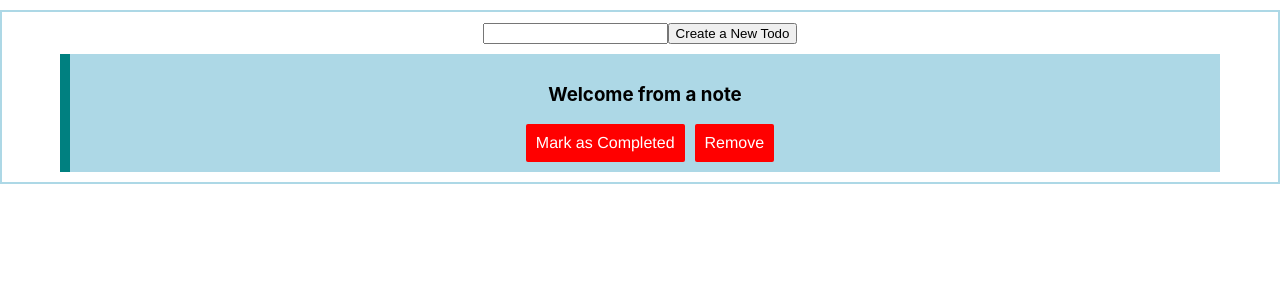
Repository: CaptainStorm21/react-ecosystem-course
Page: /
An editor plug-in stored every save of this project. The page is shown before and after the next save, followed by the edit.
The browser window is 1280 px wide. The pictures show the whole page.
The project was rebuilt for these pictures with package versions that can differ from the ones it lists, and the page was loaded fresh each time.

Above is the page before, as saved 2020-05-30 17:52:27.

### src/App.js
import React from 'react';
import './App.css';
import TodoList from './todos/TodoList'

function App() {
  return (
    <div className="App">
      <TodoList/>
    </div>
  );
}

export default App;

### src/todos/TodoList.js
import React from 'react';
import NewTodoForm from './NewTodoForm';
import TodoListItem from './TodoListItem';
import './TodoList.css';


const TodoList = ({ todos = [{ text: "Welcome from a note" }] }) => (
    <div className="list-wrapper">
        <NewTodoForm/>
        {todos.map(todo => <TodoListItem todo={todo} />)}
    </div>
)

export default TodoList;

### src/todos/NewTodoForm.js
import React, { useState } from 'react';
import './NewTodoForm.css';

const NewTodoForm = () => {
    const [inputValue, setInputValue] = useState(' ');
   return (
        <div className="new-todo-form">
           <input className="new-todo-input"
               type="text"
               value={inputValue}
               onChange = { e => setInputValue (e.target.value)}
           />
            <button className="newTodo">Create a New Todo</button>
        </div>
    );
};
export default NewTodoForm;

### src/todos/TodoListItem.js
import React from "react";

const TodoListItem = ({ todo }) => (
  <div className="todo-item-container">
    <h3>{todo.text}</h3>
    <div className="button -container">
      <button className="completed-button"> Mark as Completed</button>
      <button className="remove-button"> Remove</button>
    </div>
  </div>
);

export default TodoListItem;

### src/todos/TodoList.css
.list-wrapper{
    border: 2px solid lightblue;
    padding: 10px;
    margin-top: 10px;
}

### src/todos/NewTodoForm.css
.todo-item-container {
  width: 90%;
  margin: 0 auto;
  padding: 10px;
  border-left: 10px solid teal;
  background-color: lightblue;
  margin-top: 10px;
}

.remove-button {
  background-color: red;
  padding: 10px;
  border: 0;
  margin-left: 10px;
  font-size: medium;
  font-family: "Franklin Gothic Medium", "Arial Narrow", Arial, sans-serif;
  border-radius: 2px;
  color: white;
}

.completed-button{
  background-color: red;
  padding: 10px;
  border: 0;
  margin-left: 10px;
  font-size: medium;
  font-family: "Franklin Gothic Medium", "Arial Narrow", Arial, sans-serif;
  border-radius: 2px;
  color: white;
}

Loaded but not shown: public/index.html (common file); src/index.js (common file); src/index.css (common file); src/serviceWorker.js (common file); src/App.css (common file)

After the next save:
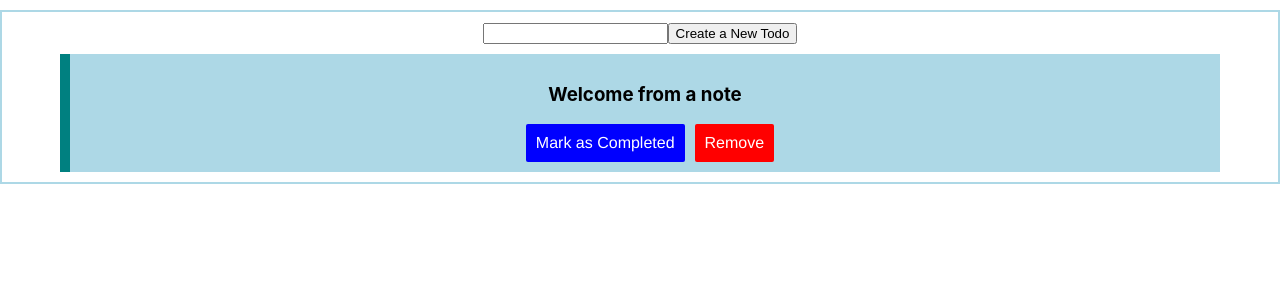
Saved 12 s later.
--- a/src/todos/NewTodoForm.css
+++ b/src/todos/NewTodoForm.css
@@ -19,7 +19,7 @@
 }
 
 .completed-button{
-  background-color: red;
+  background-color: blue;
   padding: 10px;
   border: 0;
   margin-left: 10px;
